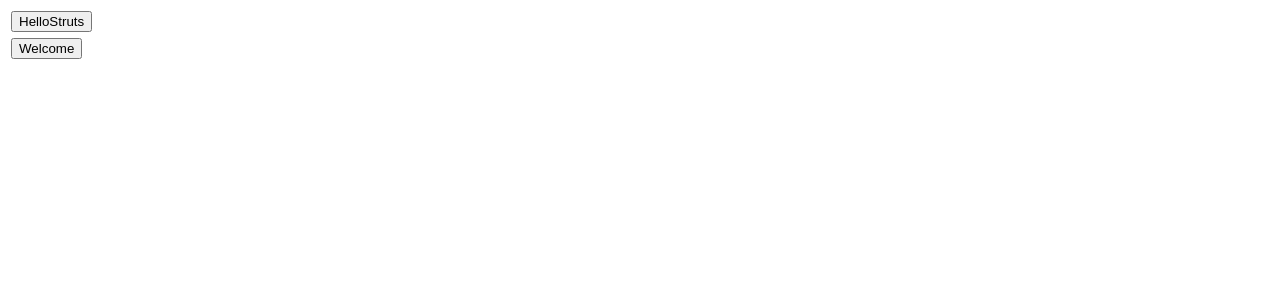
Repository: MurayamaMura/WebProj
Page: http://localhost/WebProj3/
The author's editor kept a copy of each file at every save. The page is drawn from the files as they stood at one save, then again after the next save.
The browser window is 1280 px wide. The pictures show the whole page.
The page is served by Tomcat 9. Other server files are loaded and not shown.

Above is the page before, as saved 2018-06-04 11:06:29.

### WebProj3/WebContent/index.jsp
<%@ page language="java" contentType="text/html; charset=UTF-8"
pageEncoding="UTF-8"%>
<%@ taglib prefix="s" uri="/struts-tags" %>
<!DOCTYPE html>
<html>
<head>
<meta charset="utf-8">

<title>INDEX</title>
</head>
<body>
	<s:form action="HelloStrutsAction">
		<s:submit value="HelloStruts"/>
	</s:form>

	<s:form action="WelcomeAction">
		<s:submit value="Welcome"/>
	</s:form>
</body>
</html>

After the next save:
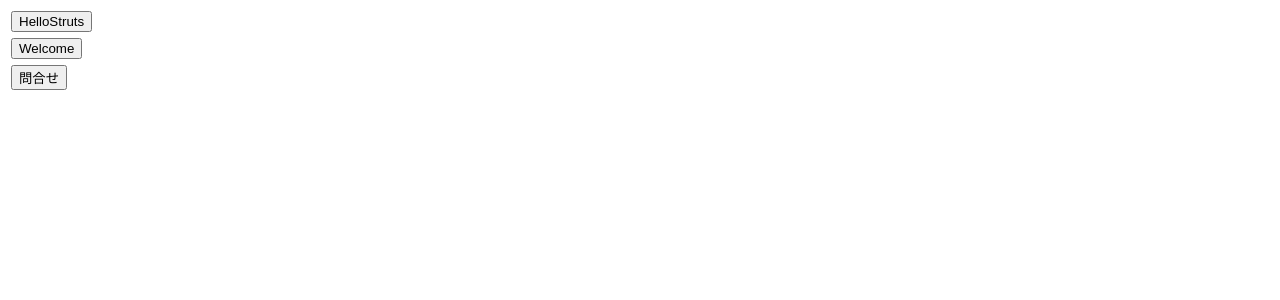
Saved 7 min 28 s later.
--- a/WebProj3/WebContent/index.jsp
+++ b/WebProj3/WebContent/index.jsp
@@ -16,5 +16,9 @@ pageEncoding="UTF-8"%>
 	<s:form action="WelcomeAction">
 		<s:submit value="Welcome"/>
 	</s:form>
+
+	<s:form action="InquiryAction">
+		<s:submit value="問合せ"/>
+	</s:form>
 </body>
 </html>
